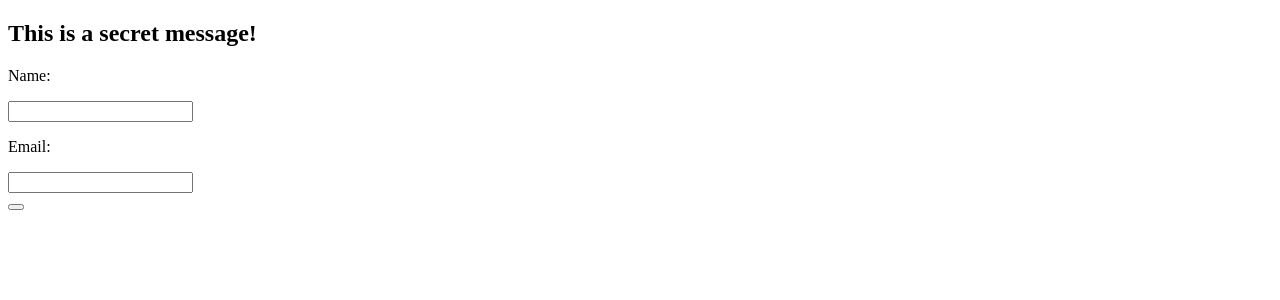
Repository: fullstack-decal-fa22/hw1-jiachenofsun
Page: secret.html
These files come from the project's save history. The page is drawn as it stood at one moment and after the next save; the edit follows.
The browser window is 1280 px wide. The pictures show the whole page.

Above is the page before, as saved 2022-09-17 09:52:05.

### secret.html
<!DOCTYPE html>
<html lang="en">

<head>
    <title>Secret Message</title>
</head>

<body>
    <h2>This is a secret message!</h2>
    <form>
        <p>Name:</p>
        <input type="text" id="name">
        <br>
        <p>Email:</p>
        <input type="text" id="email">
        <br>
        <button type="submit">
    </form>
</body>

</html>

After the next save:
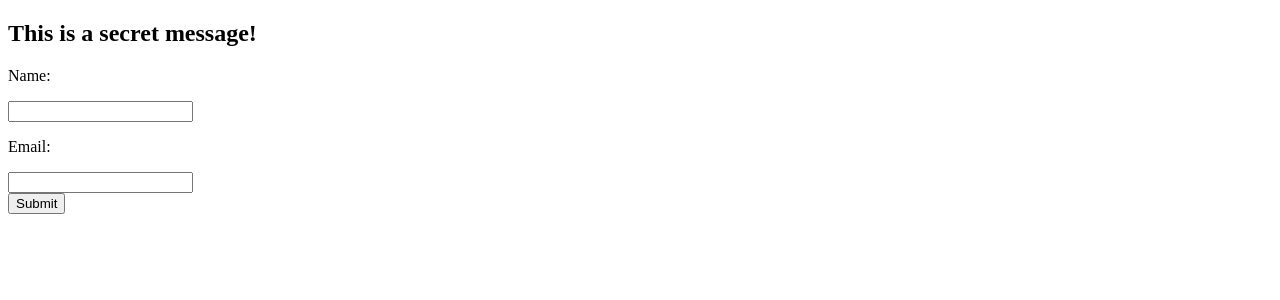
Saved 37 s later.
--- a/secret.html
+++ b/secret.html
@@ -14,7 +14,7 @@
         <p>Email:</p>
         <input type="text" id="email">
         <br>
-        <button type="submit">
+        <input type="submit">
     </form>
 </body>
 
